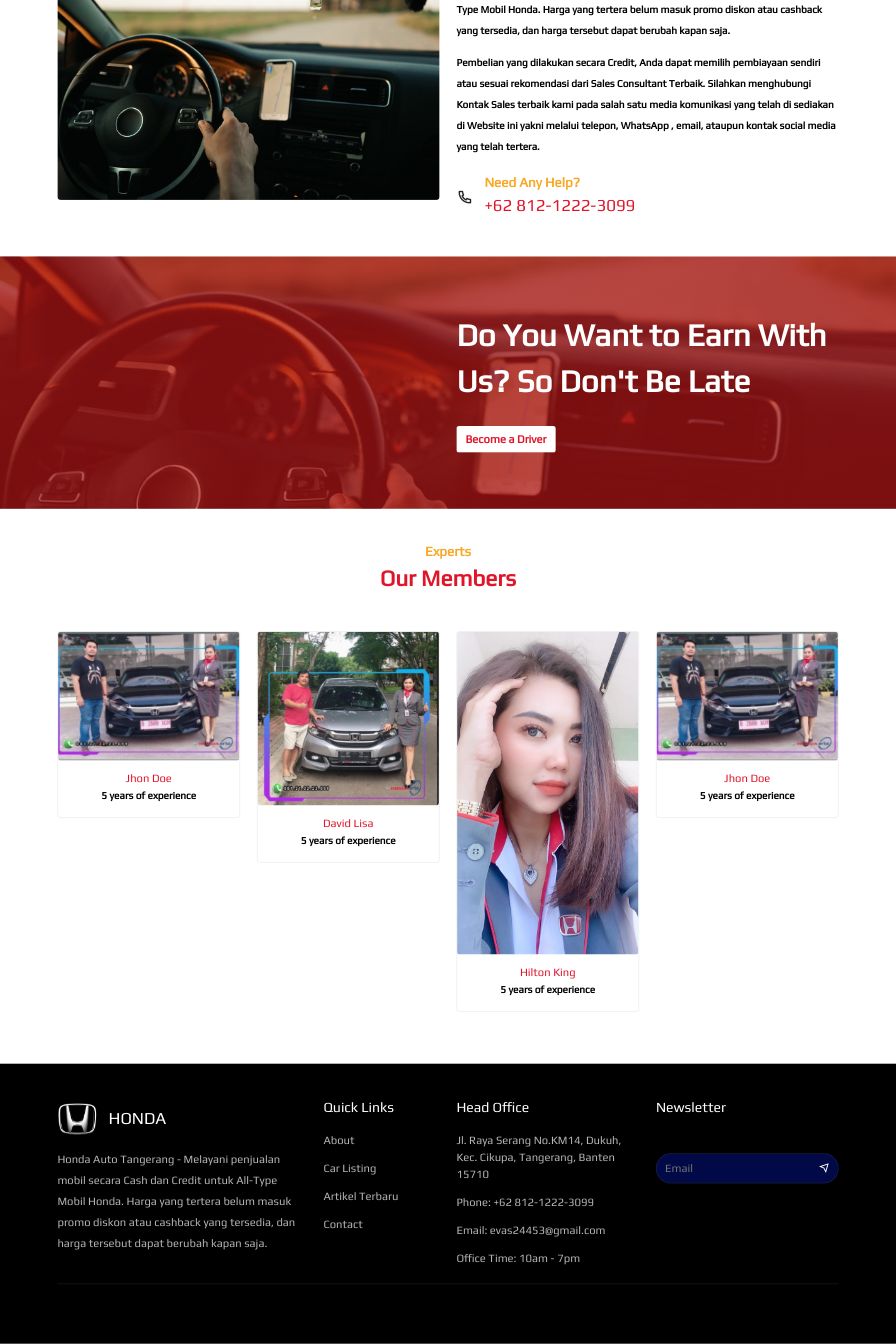
Repository: stevenxylver/Honda
Page: /about
The author's editor kept a copy of each file at every save. The page is drawn from the files as they stood at one save, then again after the next save.
The browser window is 1280 px wide. The pictures show the part of the page from y = 941 to 2861 px (the page is 2861 px tall before and 2168 px after), at 70% of full size.
Pictures or frames that could not be fetched are drawn as grey boxes. The project was rebuilt for these pictures with package versions that can differ from the ones it lists, and the page was loaded fresh each time. Also part of the build but not shown: src/styles/hero-slider.css, src/components/UI/HeroSlider.jsx, src/components/UI/FindCarForm.jsx, src/styles/services-list.css, src/assets/data/serviceData.js, src/components/UI/ServicesList.jsx, src/components/UI/Example.jsx, src/assets/data/carData.js and 20 more.

Above is the page before, as saved 2022-11-20 14:23:12.

After the next save:
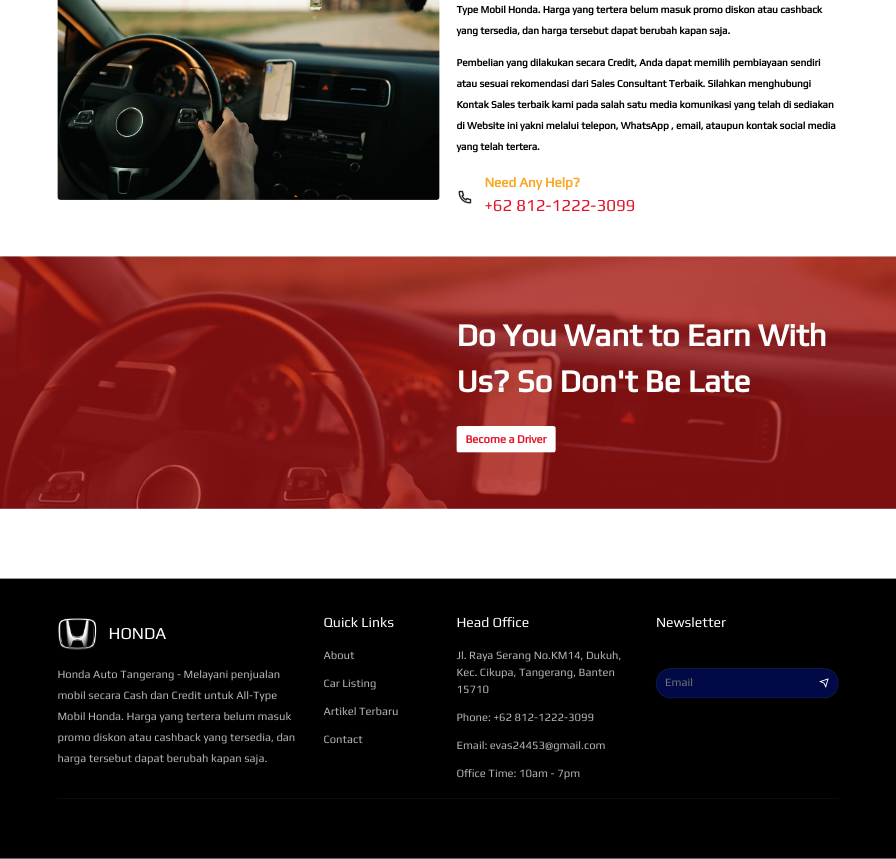
Saved 109 s later.
--- a/src/pages/About.jsx
+++ b/src/pages/About.jsx
@@ -58,7 +58,7 @@
       <BecomeDriverSection />
 
       <section>
-        <Container>
+        {/* <Container>
           <Row>
             <Col lg="12" className="mb-5 text-center">
               <h6 className="section__subtitle">Experts</h6>
@@ -66,7 +66,7 @@
             </Col>
             <OurMembers />
           </Row>
-        </Container>
+        </Container> */}
       </section>
     </Helmet>
   );
